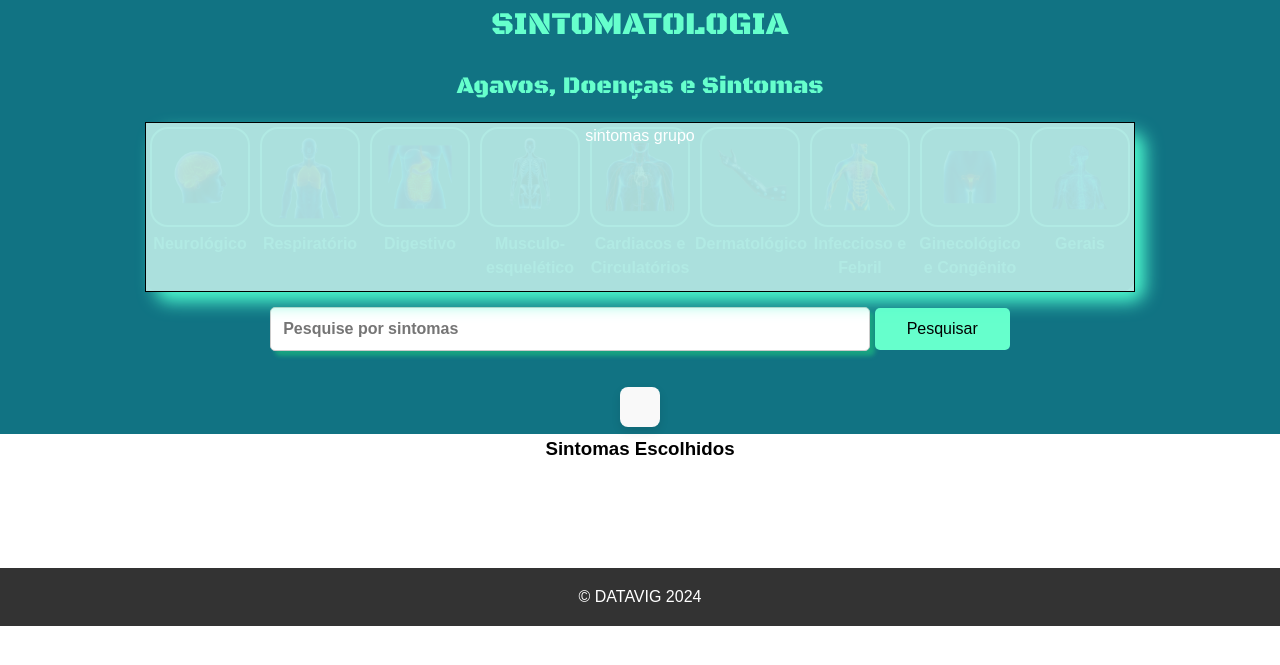
Repository: br-on/vigia
Page: index.html
The author's editor kept a copy of each file at every save. The page is drawn from the files as they stood at one save, then again after the next save.
The browser window is 1280 px wide. The pictures show the whole page.
Some web fonts or font styles are not loaded; a fallback is used.

Above is the page before, as saved 2024-09-16 18:57:16.

After the next save:
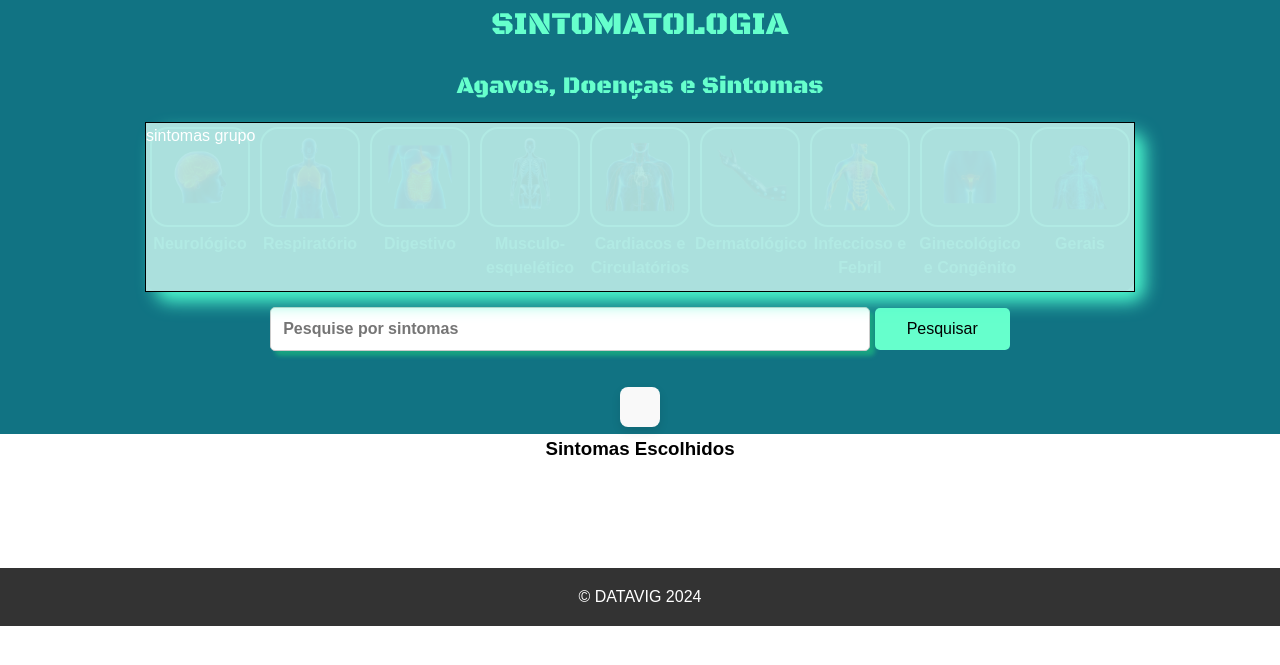
Saved 42 min 10 s later.
--- a/assets/style/style.css
+++ b/assets/style/style.css
@@ -344,15 +344,22 @@
         flex-wrap: wrap;
 
         /* A altura será variável de acordo com o conteúdo */
-      }
+}
 
 .overlay-div {
-        position: absolute;
-
-        width: 100%; /* A largura da div sobreposta será igual à da div base */
-        height: 100%; /* A altura será igual à div base */
-        background-color: rgba(183, 233, 230, 0.934); /* Cor com transparência */
-        border: solid 1.5px black;
-
-
-      }
+    position: absolute;
+    display: flex;
+    width: 100%; /* A largura da div sobreposta será igual à da div base */
+    height: 100%; /* A altura será igual à div base */
+    background-color: rgba(183, 233, 230, 0.934); /* Cor com transparência */
+    border: solid 1.5px black;
+
+}
+
+.top-overlay-div {
+
+}
+
+.sintomas-grupo {
+
+}

After the save that followed:
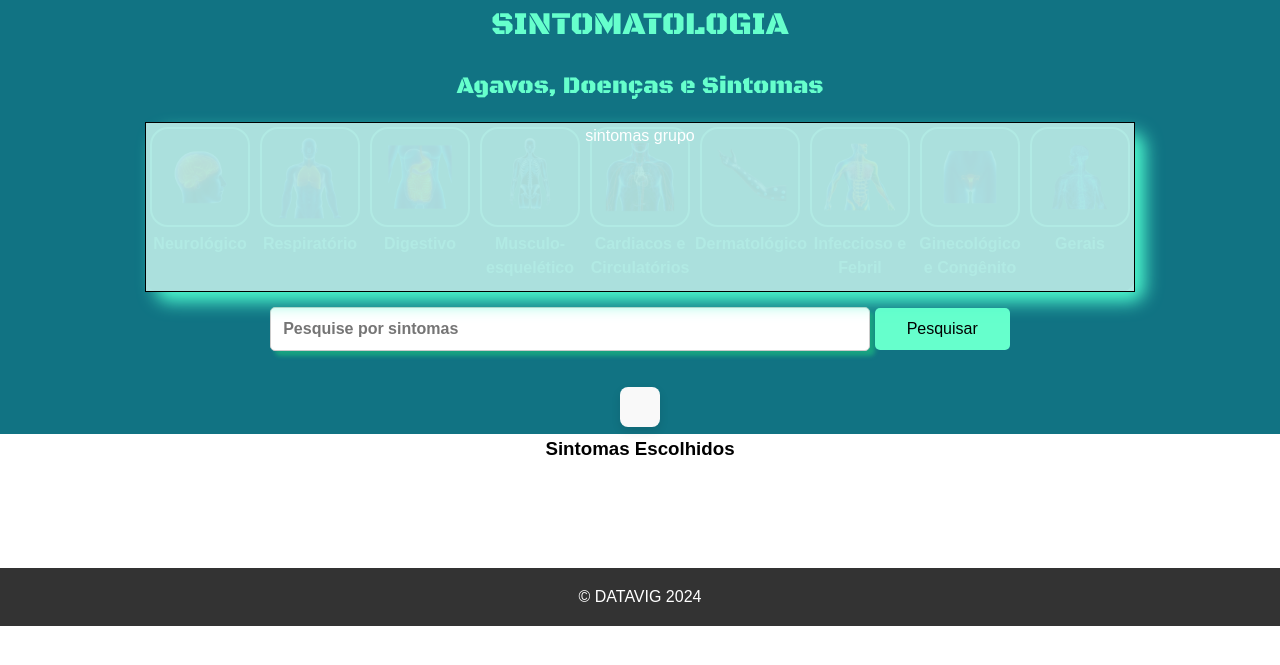
Saved 19 s later.
--- a/assets/style/style.css
+++ b/assets/style/style.css
@@ -349,6 +349,7 @@
 .overlay-div {
     position: absolute;
     display: flex;
+    flex-direction: column;
     width: 100%; /* A largura da div sobreposta será igual à da div base */
     height: 100%; /* A altura será igual à div base */
     background-color: rgba(183, 233, 230, 0.934); /* Cor com transparência */
